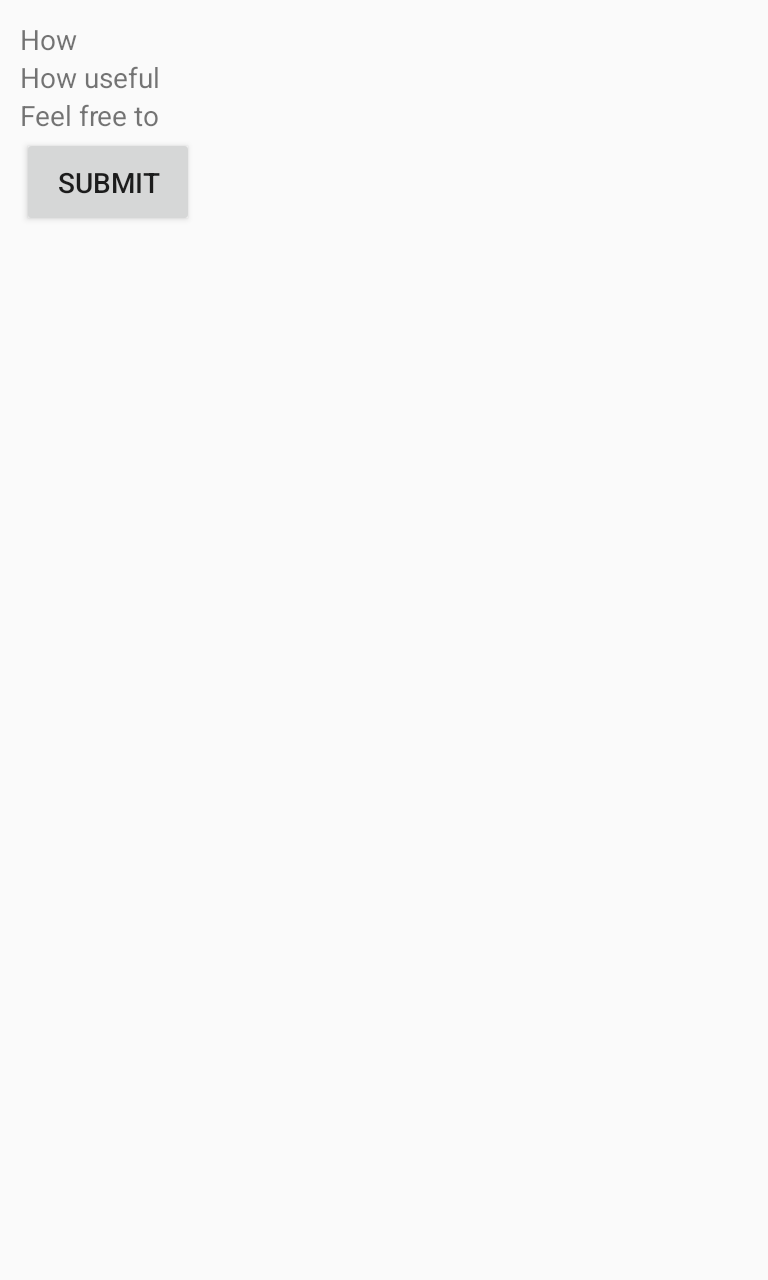
Repository: hessfr/contextRecognition
Layout: androidProjects/ContextRecognition/res/layout/activity_rating.xml
The author's editor kept a copy of each file at every save. The layout is drawn from the files as they stood at one save, then again after the next save.
It is drawn on a 768 x 1280 px phone screen (xhdpi) without system bars, with theme AppTheme; the app's code is not run.

Above is the layout before, as saved 2014-05-30 07:28:11.

### androidProjects/ContextRecognition/res/layout/activity_rating.xml
<?xml version="1.0" encoding="utf-8"?>
<LinearLayout xmlns:android="http://schemas.android.com/apk/res/android"
    android:layout_width="match_parent"
    android:layout_height="match_parent"
    android:orientation="vertical"
    android:padding="10dp">

        <LinearLayout
	        android:layout_width="wrap_content"
	        android:layout_height="wrap_content"
	        android:orientation="vertical">

            <RelativeLayout
		        android:layout_width="match_parent"
		        android:layout_height="match_parent" >
			    <TextView android:layout_width="fill_parent"
			        android:layout_height="wrap_content"
			        android:layout_centerHorizontal="True"
			        android:text="@string/rating_accuracy_satisfaction"/>
		    </RelativeLayout>

            <RelativeLayout
		        android:layout_width="match_parent"
		        android:layout_height="match_parent" >
			    <TextView android:layout_width="fill_parent"
			        android:layout_height="wrap_content"
			        android:layout_centerHorizontal="True"
			        android:text="@string/rating_useful"/>
		    </RelativeLayout>

		    <TextView android:layout_width="fill_parent"
		        android:layout_height="wrap_content"
		        android:layout_centerHorizontal="True"
		        android:text="@string/rating_free_text"/>

		    <Button
		        android:id="@+id/button1"
		        android:layout_width="wrap_content"
		        android:layout_height="wrap_content"
		        android:layout_centerHorizontal="True"
		        android:text="@string/rating_submit_button" />

	    </LinearLayout>

</LinearLayout>

### androidProjects/ContextRecognition/res/values/strings.xml
<?xml version="1.0" encoding="utf-8"?>
<resources>

    <string name="app_name">ContextRecognition</string>
    <string name="hello_world">Hello world!</string>
    <string name="action_settings">Settings</string>
    <string name="action_rating">Rate our app</string>
    <string name="action_help">Help</string>
    <string name="label_settings">Settings</string>
    <string name="label_rating">Rate our app</string>
    <string name="label_help">Help</string>

    <string name="button_change">Change</string>
    <string name="button_correct">Correct</string>

    <string name="rating_accuracy_satisfaction">How satisfying was the prediction accuracy:</string>
    <string name="rating_useful">How useful did you find using our app:</string>
    <string name="rating_free_text">Feel free to give us more feedback here:</string>
    <string name="rating_submit_button">Submit</string>



    <string name="test">Test123</string>
    <string name="test_office">Office</string>


</resources>

Loaded but not shown: androidProjects/ContextRecognition/res/values/styles.xml (common file); androidProjects/ContextRecognition/res/values-v11/styles.xml (common file); androidProjects/ContextRecognition/res/values-v14/styles.xml (common file)

After the next save:
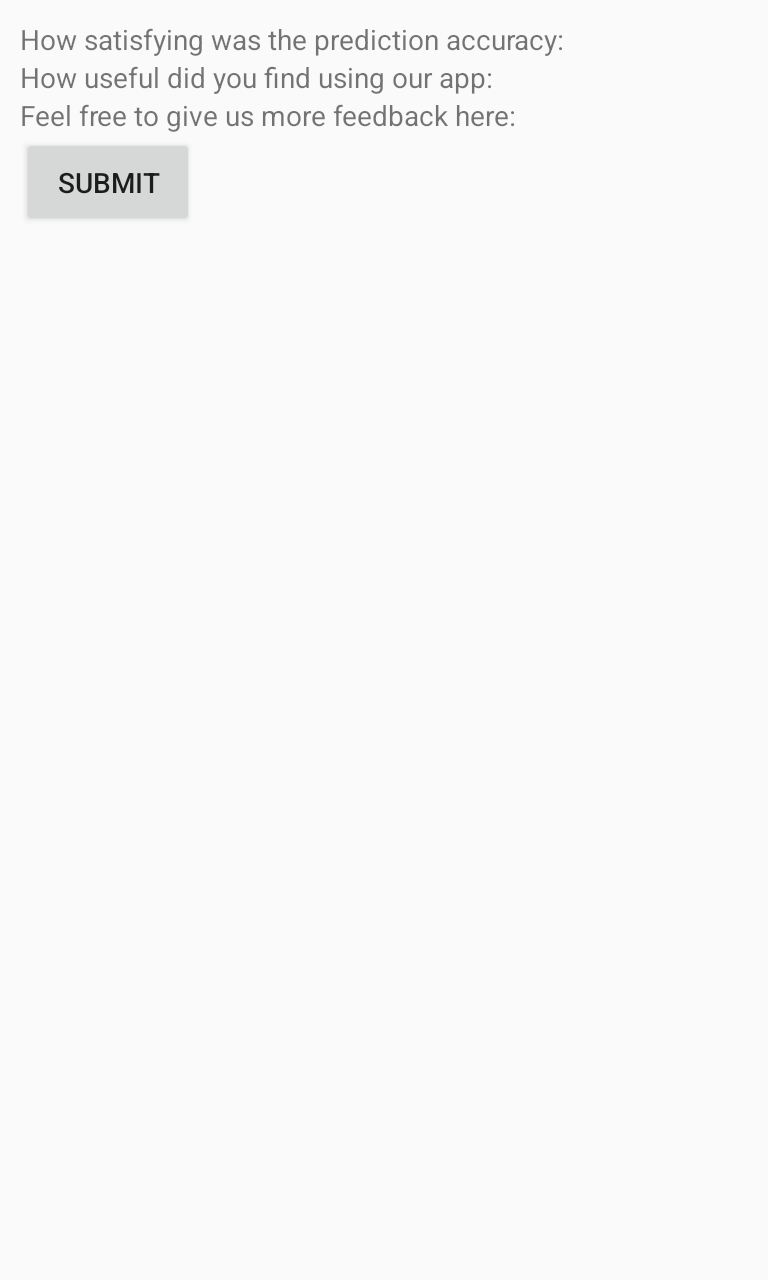
Saved 34 s later.
--- a/androidProjects/ContextRecognition/res/layout/activity_rating.xml
+++ b/androidProjects/ContextRecognition/res/layout/activity_rating.xml
@@ -28,17 +28,25 @@
 			        android:text="@string/rating_useful"/>
 		    </RelativeLayout>
 
-		    <TextView android:layout_width="fill_parent"
-		        android:layout_height="wrap_content"
-		        android:layout_centerHorizontal="True"
-		        android:text="@string/rating_free_text"/>
+            <RelativeLayout
+		        android:layout_width="match_parent"
+		        android:layout_height="match_parent" >
+			    <TextView android:layout_width="fill_parent"
+			        android:layout_height="wrap_content"
+			        android:layout_centerHorizontal="True"
+			        android:text="@string/rating_free_text"/>
+			</RelativeLayout>
 
+            <RelativeLayout
+		        android:layout_width="match_parent"
+		        android:layout_height="match_parent" >
 		    <Button
 		        android:id="@+id/button1"
 		        android:layout_width="wrap_content"
 		        android:layout_height="wrap_content"
 		        android:layout_centerHorizontal="True"
 		        android:text="@string/rating_submit_button" />
+		    </RelativeLayout>
 
 	    </LinearLayout>
 
